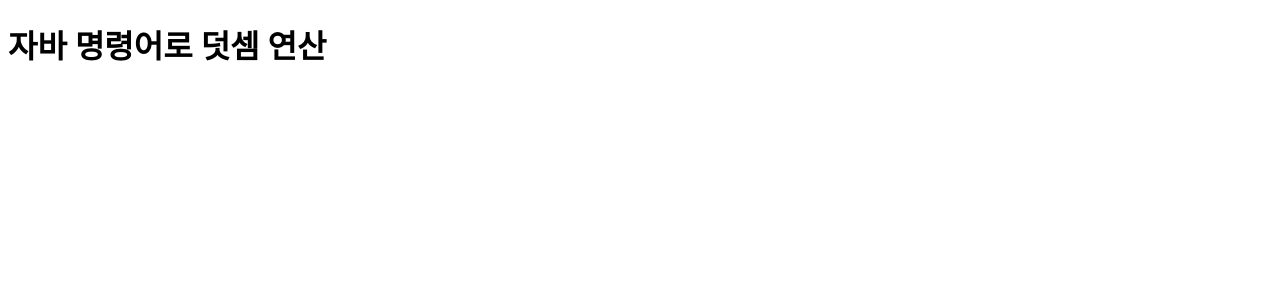
Repository: hangilyon/allJSPStudy
Page: http://localhost/jsp01/quiz01.jsp
These files come from the project's save history. The page is drawn as it stood at one moment and after the next save; the edit follows.
The browser window is 1280 px wide. The pictures show the whole page.
The page is served by Tomcat 9.

Above is the page before, as saved 2021-10-19 08:13:34.

### jsp01/src/main/webapp/quiz01.jsp
<%@ page language="java" contentType="text/html; charset=UTF-8"
    pageEncoding="UTF-8"%>
<!DOCTYPE html>
<html>
<head>
<meta charset="UTF-8">
<title>quiz01</title>
</head>
<body>
	<%

	%>
	<h1><%="자바 명령어로 덧셈 연산"%></h1>
</body>
</html>

After the next save:
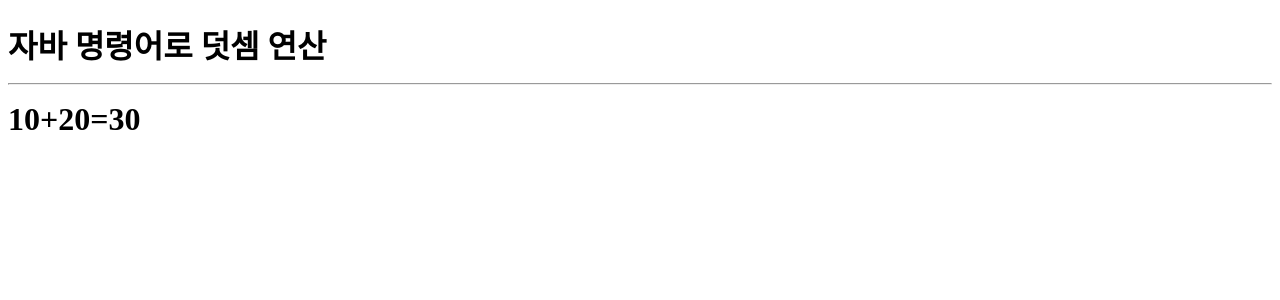
Saved 90 s later.
--- a/jsp01/src/main/webapp/quiz01.jsp
+++ b/jsp01/src/main/webapp/quiz01.jsp
@@ -8,8 +8,11 @@
 </head>
 <body>
 	<%
+		int a = 10;
+		int b = 20;
+		int c = a+b;
+	%>
+	<h1><%="자바 명령어로 덧셈 연산"%><hr><%= a+"+"+b+"="+c %></h1>
 
-	%>
-	<h1><%="자바 명령어로 덧셈 연산"%></h1>
 </body>
 </html>
